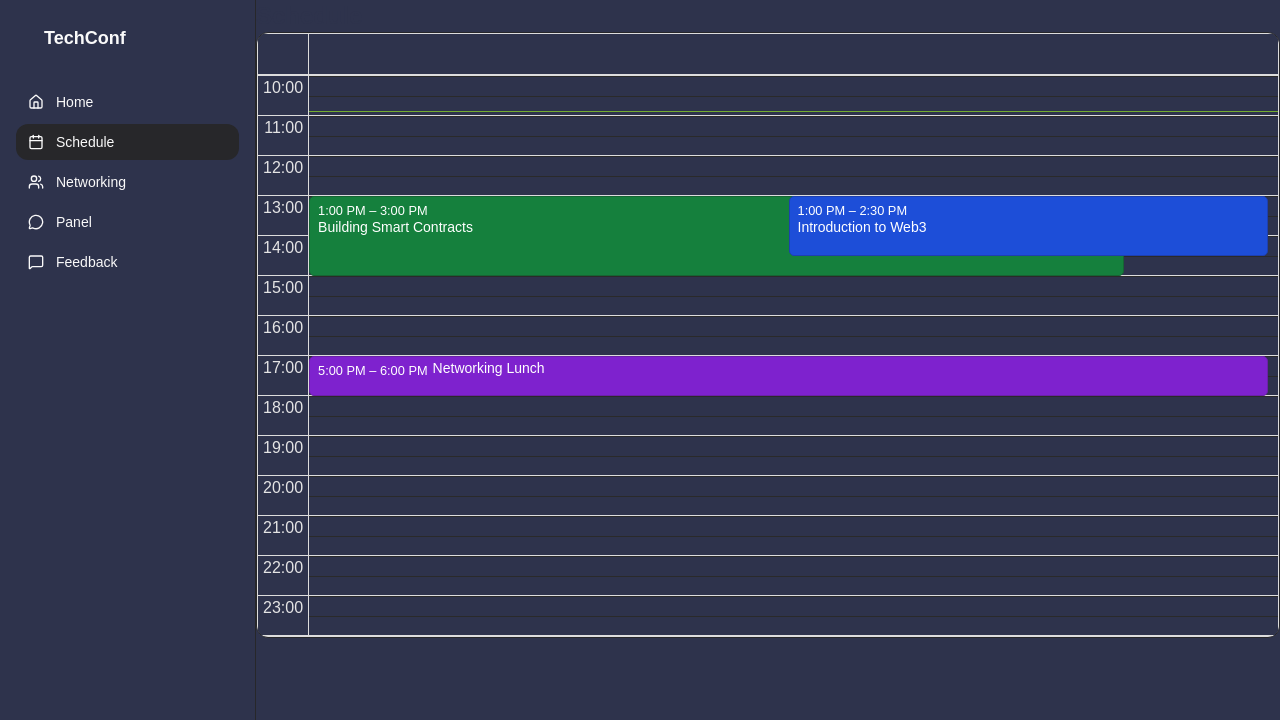
Repository: mrnavdal/symposium-2024
Page: /schedule (app in symposium24/)
An editor plug-in stored every save of this project. The page is shown before and after the next save, followed by the edit.
The browser window is 1280 px wide. The pictures show the whole page.
The project was rebuilt for these pictures with package versions that can differ from the ones it lists, and the page was loaded fresh each time. The framework's server and built-in components were replaced by stand-ins that run in the browser. Also part of the build but not shown: symposium24/next.config.ts.

Above is the page before, as saved 2024-11-08 15:06:00.

After the next save:
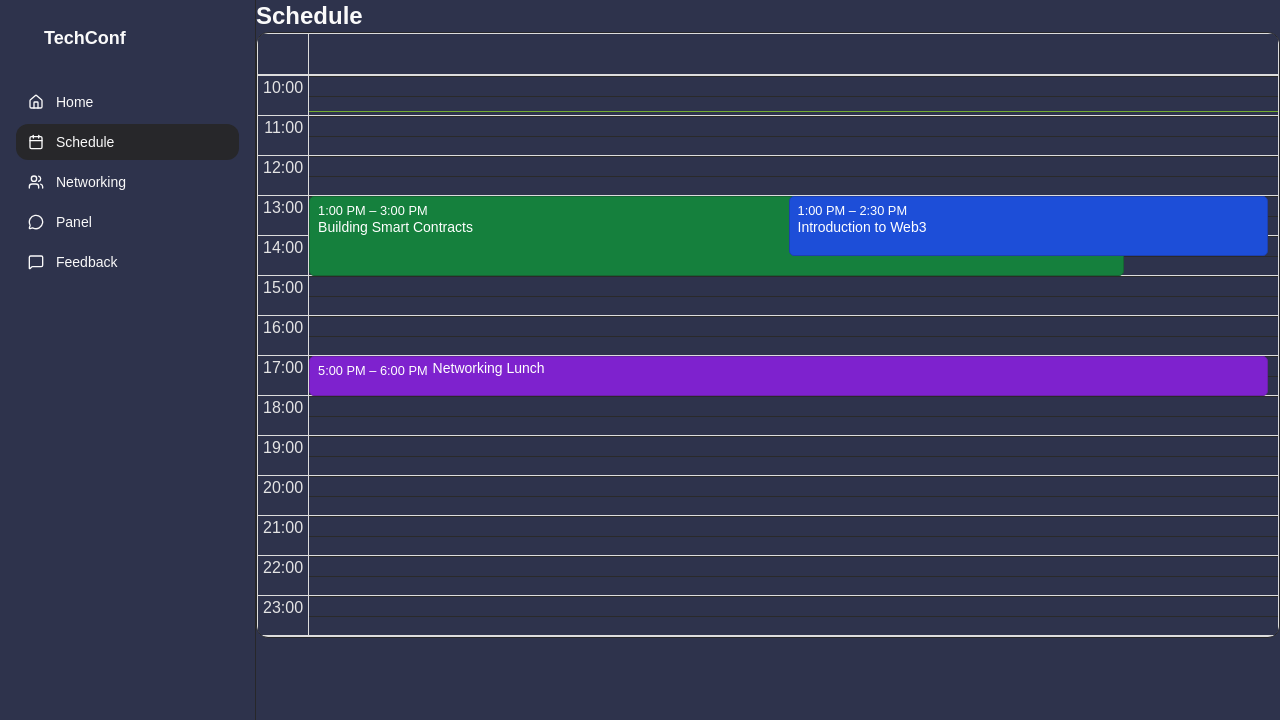
Saved 9 s later.
--- a/symposium24/src/app/schedule/page.tsx
+++ b/symposium24/src/app/schedule/page.tsx
@@ -6,7 +6,7 @@ export default function SchedulePage() {
   return (
     <PageTransition>
         <div className="flex flex-col gap-4">
-            <h1 className="text-2xl font-semibold text-background">Schedule</h1></div>
+            <h1 className="text-2xl font-semibold text-foreground">Schedule</h1></div>
           <div className="h-full rounded-lg overflow-hidden border bg-card/50">
             <Calendar events={events} />
         </div>
